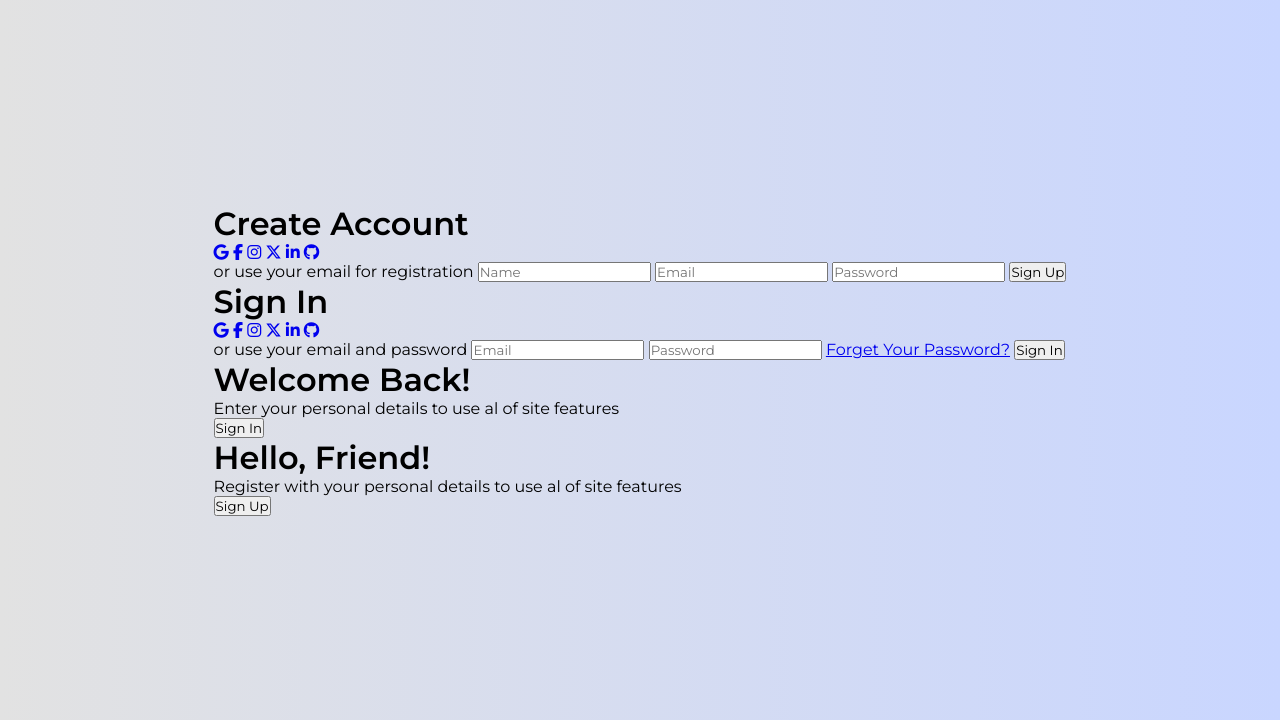
Repository: DevMike1993/Animated_Login_Page
Page: index.html
These files come from the project's save history. The page is drawn as it stood at one moment and after a run of saves; the edit follows.
The browser window is 1280 px wide. The pictures show the whole page.

Above is the page before, as saved 2023-12-17 19:53:17.

### index.html
<!DOCTYPE html>
<html lang="en">
<head>
    <meta charset="UTF-8">
    <meta name="viewport" content="width=device-width, initial-scale=1.0">
    <link rel="stylesheet" href="https://cdnjs.cloudflare.com/ajax/libs/font-awesome/6.5.1/css/all.min.css">
    <link rel="stylesheet" href="style.css">
    <title>Animated Login Page</title>
</head>
<body>

    <div class="container" id="container">
        <div class="form-container sign-up">
            <form>
                <h1>Create Account</h1>
                <div class="social-icons">
                    <a href="#" class="icon"><i class="fa-brands fa-google"></i></a>
                    <a href="#" class="icon"><i class="fa-brands fa-facebook-f"></i></a>
                    <a href="#" class="icon"><i class="fa-brands fa-instagram"></i></a>
                    <a href="#" class="icon"><i class="fa-brands fa-x-twitter"></i></a>
                    <a href="#" class="icon"><i class="fa-brands fa-linkedin-in"></i></a>
                    <a href="#" class="icon"><i class="fa-brands fa-github"></i></a>
                </div>
                <span>or use your email for registration</span>
                <input type="text" placeholder="Name">
                <input type="email" placeholder="Email">
                <input type="password" placeholder="Password">
                <button>Sign Up</button>
            </form>
        </div>
        <div class="form-container sign-in">
            <form>
                <h1>Sign In</h1>
                <div class="social-icons">
                    <a href="#" class="icon"><i class="fa-brands fa-google"></i></a>
                    <a href="#" class="icon"><i class="fa-brands fa-facebook-f"></i></a>
                    <a href="#" class="icon"><i class="fa-brands fa-instagram"></i></a>
                    <a href="#" class="icon"><i class="fa-brands fa-x-twitter"></i></a>
                    <a href="#" class="icon"><i class="fa-brands fa-linkedin-in"></i></a>
                    <a href="#" class="icon"><i class="fa-brands fa-github"></i></a>
                </div>
                <span>or use your email and password</span>
                <input type="email" placeholder="Email">
                <input type="password" placeholder="Password">
                <a href="#">Forget Your Password?</a>
                <button>Sign In</button>
            </form>
        </div>
        <div class="toggle-container">
            <div class="toggle">
                <div class="toggle-panel toggle-left">
                    <h1>Welcome Back!</h1>
                    <p>Enter your personal details to use al of site features</p>
                    <button class="hiden" id="login">Sign In</button>
                </div>
                <div class="toggle-panel toggle-right">
                    <h1>Hello, Friend!</h1>
                    <p>Register with your personal details to use al of site features</p>
                    <button class="hiden" id="register">Sign Up</button>
                </div>
            </div>
        </div>
    </div>

    <script src="script.js"></script>
</body>
</html>

### style.css
@import url('https://fonts.googleapis.com/css2?family=Montserrat:ital,wght@0,200;0,300;0,400;0,500;0,600;1,200;1,300&family=Poppins&display=swap');

*{
    margin: 0;
    padding: 0;
    box-sizing: border-box;
    font-family: "Montserrat", sans-serif;
}

body{
    background-color: #c9d6ff;
    background: linear-gradient(to right, #e2e2e2, #c9d6ff);
    display: flex;
    align-items: center;
    justify-content: center;
    flex-direction: column;
    height: 100vh;
}

.containser

Loaded but not shown: script.js (no copy from this time; the picture is the same without it)

After the next 6 saves:
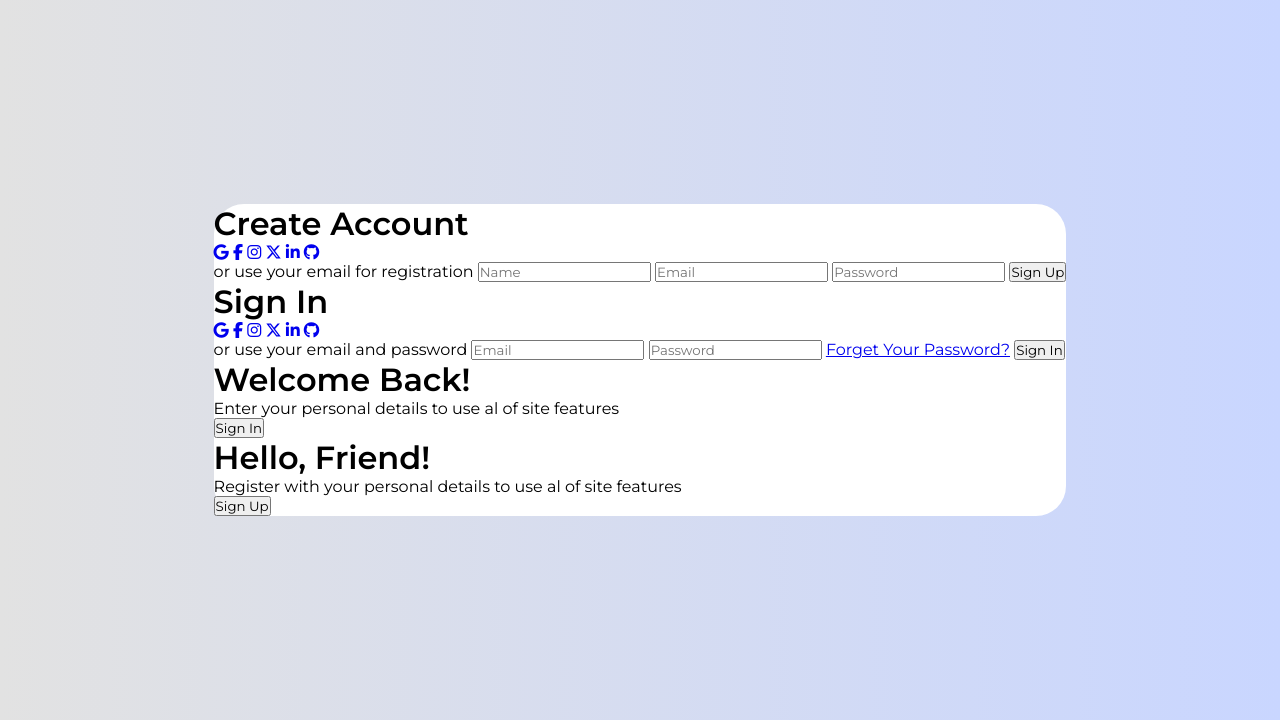
The 6 saves are shown as one change because they came seconds apart.
The last was saved 19 s later.
--- a/style.css
+++ b/style.css
@@ -17,4 +17,8 @@ body{
     height: 100vh;
 }
 
-.containser
+.container{
+    background-color: #fff;
+    border-radius: 30px;
+    box-shadow: ;
+}
